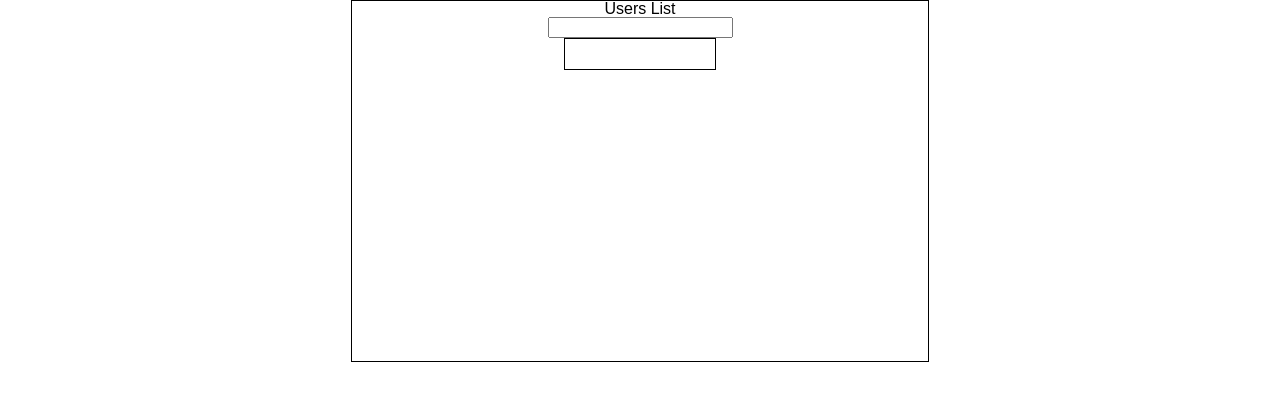
Repository: TomaszBeben/FirstTypescript
Page: /
These files come from the project's save history. The page is drawn as it stood at one moment and after the next save; the edit follows.
The browser window is 1280 px wide. The pictures show the whole page.
The project was rebuilt for these pictures with package versions that can differ from the ones it lists, and the page was loaded fresh each time.

Above is the page before, as saved 2021-12-21 11:42:31.

After the next save:
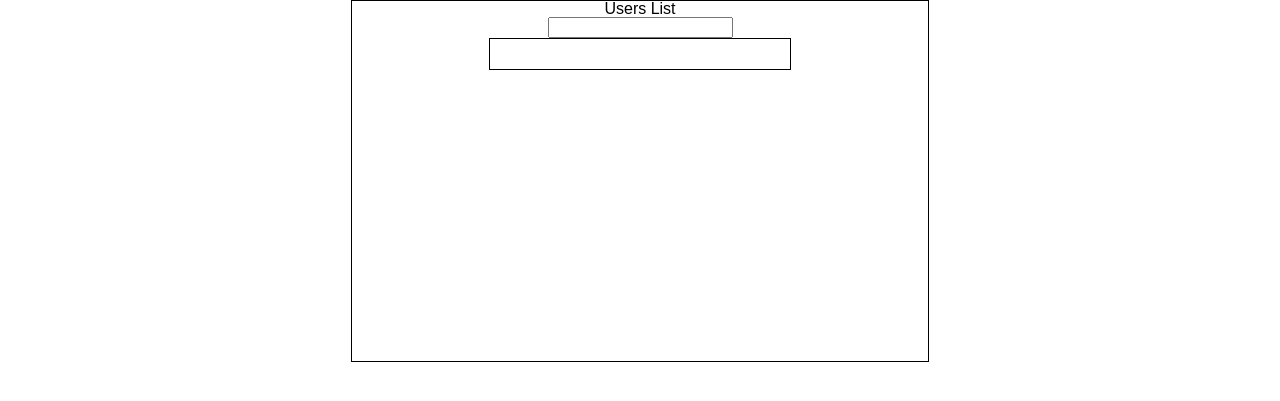
Saved 22 s later.
--- a/src/components/search/Search.tsx
+++ b/src/components/search/Search.tsx
@@ -5,7 +5,7 @@ const Search = () => {
     return (
         <>
             <input type="text" value={search} onChange={e => setSearch(e.target.value)} />
-            <div style={{ width:'150px', height: '30px', border: '1px solid black' }}>
+            <div style={{ width:'300px', height: '30px', border: '1px solid black' }}>
                 {search}
             </div>
         </>
